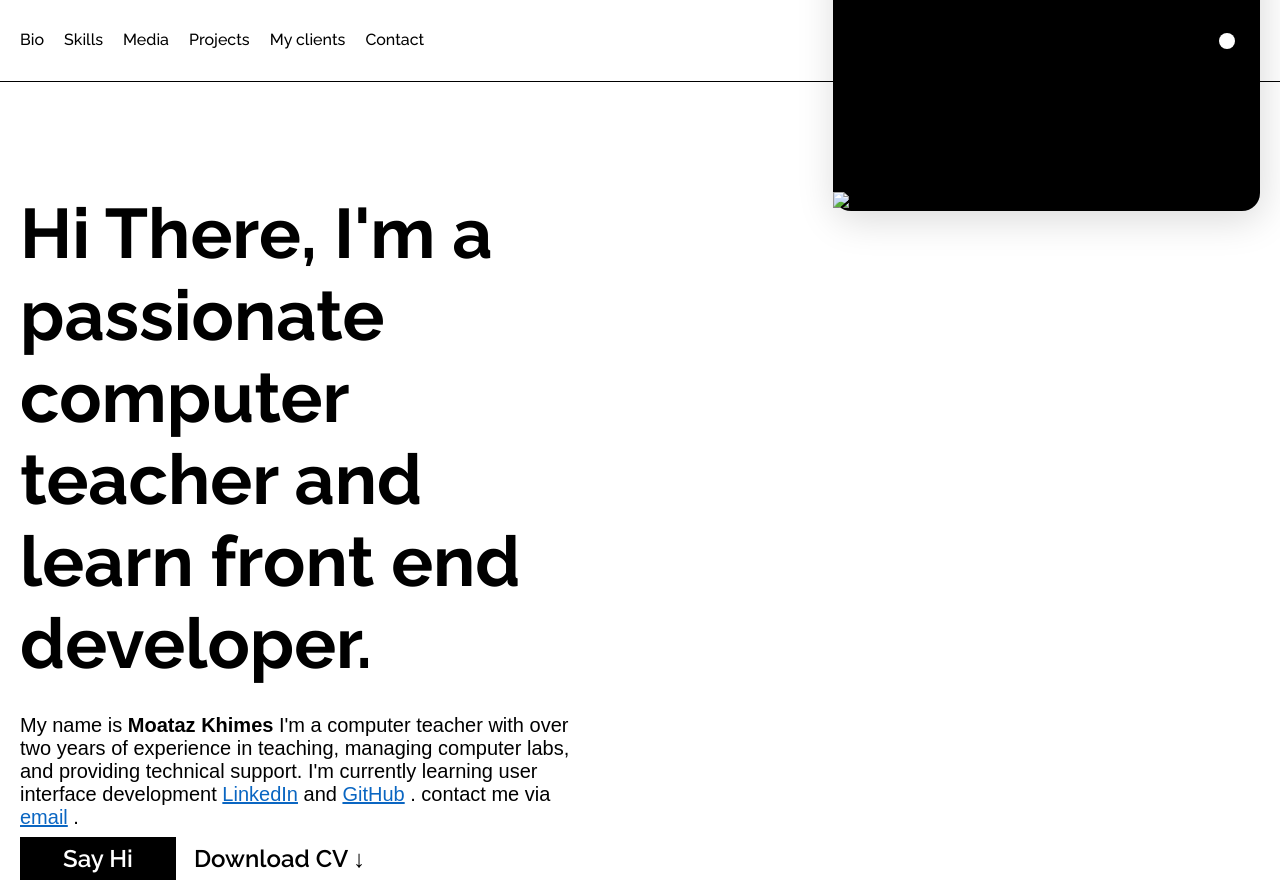
Repository: moataz305G/Personal-website
Page: index.html
The author's editor kept a copy of each file at every save. The page is drawn from the files as they stood at one save, then again after the next save.
The browser window is 1280 px wide. The pictures show the whole page.

Above is the page before, as saved 2025-12-14 08:53:45.
Not found: images/personal-pic (3).png

### index.html
<!DOCTYPE html>
<html lang="en">
  <head>
    <meta charset="UTF-8" />

    <meta name="viewport" content="width=device-width, initial-scale=1.0" />
    <link rel="preconnect" href="https://fonts.googleapis.com" />
    <link rel="preconnect" href="https://fonts.gstatic.com" crossorigin />
    <link
      href="https://fonts.googleapis.com/css2?family=Raleway:ital,wght@0,100..900;1,100..900&display=swap"
      rel="stylesheet"
    />

    <link rel="stylesheet" href="Style.css" />
    <title class="title">Moataz khimes</title>
  </head>
  <body>
    <div class="container">
      <header class="header">
        <nav class="navigation">
          <ul class="navigation__list">
            <li><a href="#" class="navigation__link">Bio</a></li>
            <li><a href="#" class="navigation__link">Skills</a></li>
            <li><a href="#" class="navigation__link">Media</a></li>
            <li><a href="#" class="navigation__link">Projects</a></li>
            <li><a href="#" class="navigation__link">My clients</a></li>
            <li><a href="#" class="navigation__link">Contact</a></li>
          </ul>
        </nav>

        <div class="toggle">
          <h3 class="toggle__title">Switch Theme</h3>
          <input
            type="checkbox"
            name="toggle checkbox"
            id="toggle"
            class="toggle__checkbox"
          />
          <label for="toggle" class="toggle__label"></label>
        </div>
      </header>

      <section id="bio" class="bio section">
        <div class="bio__content">
          <h1 class="bio__heading">
            Hi There, I'm a passionate computer teacher and learn front end
            developer.
          </h1>
          <p class="bio__objeactive">
            My name is <span class="bio__name">Moataz Khimes</span>
            I'm a computer teacher with over two years of experience in
            teaching, managing computer labs, and providing technical support.
            I'm currently learning user interface development
            <a
              href="https://www.linkedin.com/in/moataz-khimes-53586223b/"
              class="bio__linkedin"
              >LinkedIn</a
            >
            and
            <a href="https://github.com/moataz305G" class="bio__github"
              >GitHub</a
            >
            . contact me via
            <a href="mutazkhmes@gmail.com" class="bio__email">email</a>
            .
          </p>
          <a href="#" class="bio__links say-hi-link">Say Hi</a>
          <a href="#" class="bio__links find-out-link"
            >Download CV <span class="bio__arrow">↓</span></a
          >
        </div>
        <div class="bio__pic-content">
          <img
            class="bio__pic"
            src="images/personal-pic (3).png"
            alt="image of moataz khimes"
          />
        </div>
      </section>
    </div>
  </body>
</html>

### Style.css
:root {
  --container-width: 119rem;
  --gutter: 2rem;

  --color-black: #000;
  --color-white: #fff;
  --color-blue: #2374e1;
  --color-lite-blue: #1d9bf0;
  --color-dark-blue: #0a66c2;
  --color-darker-blue: #143ce8;
  --color-red: #ff0000;
  --color-green: #03a696;
  --color-gray: #f6f6f6;
  --color-dark-green: #42959b;

  --color-background: var(--color-white);
  --color-text: var(--color-black);
  --color-box-img: var(--color-black);
  --color-link-bg: var(--color-black);
  --color-input-border: var(--color-black);

  --font-family-raleway: "Raleway", sans-serif;
  --font-family-poppins: "Poppins", sans-serif;

  --font-weight-regular: 400;
  --font-weight-medium: 500;
  --font-weight-semi-bold: 600;
  --font-weight-bold: 700;

  --font-size-70: 7rem;
  --font-size-65: 6.5rem;
  --font-size-40: 4rem;
  --font-size-38: 3.8rem;
  --font-size-24: 2.4rem;
  --font-size-22: 2.2rem;
  --font-size-20: 2rem;
  --font-size-18: 1.8rem;
  --font-size-15: 1.5rem;

  --transition-timing: 0.3s;
}
/* CSS Reset */
* {
  margin: 0;
  padding: 0;
}

*,
*::after,
*::before {
  box-sizing: border-box;
}

a {
  color: inherit;
  display: inline-block;
}

button {
  background-color: transparent;
  border: none;
  cursor: pointer;
}

ul,
ol {
  list-style: none;
}
/* END CSS Reset */
html {
  font-size: 62.5%;
  scroll-behavior: smooth;
  scroll-padding-top: 11rem;
}

body {
  font-size: 1.6rem;
  font-family: var(--font-family-raleway);
  background-color: var(--color-background);
  color: var(--color-text);
}

.container {
  display: grid;
  row-gap: 11rem;
  max-width: calc(calc(var(--container-width)) +calc(var(--gutter) * 2));
  margin: 0 auto;
  padding-inline: var(--gutter);
}
header {
  position: relative;
  padding: 3rem 0;
  display: flex;
  justify-content: center;
  z-index: 0;
}
.header::before {
  content: "";
  position: absolute;
  height: 100%;
  width: 100vw;
  border-bottom: 0.1rem solid var(--color-black);
  top: 0;
  z-index: -1;
}

.navigation__list {
  display: flex;
  gap: 2rem;
}
.navigation__link:link,
.navigation__link:visited {
  text-decoration: none;
  font-weight: var(--font-weight-medium);
}
.navigation__link:hover,
.navigation__link:active {
  text-decoration: underline;
  color: var(--color-text);
}

/* Toggle */
.toggle {
  display: flex;
  gap: 1rem;
  margin-left: auto;
}
.toggle__title {
  font-weight: var(--font-weight-medium);
  font-size: var(--font-size-18);
}

.toggle__checkbox {
  display: none;
}

.toggle__label {
  display: block;
  position: relative;
  background-color: var(--color-black);
  border-radius: 1.5rem;
  width: 4.5rem;
  height: 2.2rem;
  cursor: pointer;
  padding: 0.3rem 0.4rem;
  transition: 0.3s;
}

.toggle__label::after {
  content: "";
  display: block;
  width: 1.6rem;
  height: 1.6rem;
  border-radius: 50%;
  background-color: var(--color-white);
  transition: 0.3s;
}

.toggle__checkbox:checked + .toggle__label {
  background-color: var(--color-white);
}
.toggle__checkbox:checked + .toggle__label::after {
  transform: translateX(2.1rem);
  background-color: var(--color-green);
}

/* End Toggle */

.section {
  display: grid;
  grid-template-columns: repeat(2, auto);
  align-items: start;
}

/* Bio */
.bio {
  grid-gap: 7.4rem;
  grid-template-columns: repeat(2, 1fr);
}

.bio__heading {
  font-size: var(--font-size-70);
  font-weight: var(--font-weight-bold);
}

.bio__objeactive {
  font-family: var(--font-family-poppins);
  font-weight: var(--font-weight-regular);
  font-size: var(--font-size-20);
  margin: 3rem 0 0.8rem;
}

.bio__name {
  font-weight: var(--font-weight-semi-bold);
}
.bio__linkedin,
.bio__github,
.bio__email {
  color: var(--color-dark-blue);
}

.bio__links {
  font-size: 2.4rem;
  font-weight: var(--font-weight-semi-bold);
  text-decoration: none;
}

.say-hi-link {
  background-color: var(--color-link-bg);
  color: var(--color-white);
  padding: 0.7rem 4.3rem;
}

.find-out-link {
  padding: 0.7rem 0;
  margin-inline-start: 1.4rem;
}

@keyframes jump {
  0% {
    transform: translatey(0.5rem);
  }
  35% {
    transform: translatey(-0.5rem);
  }
  70% {
    transform: translatey(0);
  }
  100% {
    transform: translatey(0);
  }
}

.bio__arrow {
  display: inline-block;
  animation: jump 1s infinite alternate ease-in-out;
}

.bio__pic-content {
  display: flex;
  position: relative;
  align-items: flex-end;
  justify-self: end;
}

.bio__pic-content::before {
  content: "";
  position: absolute;
  background-color: var(--color-box-img);
  width: 100%;
  height: 46rem;
  border-radius: 1.8rem;
  z-index: -1;
  box-shadow: 2.17543px 8.7017px 38.0669px rgba(0, 0, 0, 0.15);
}
.bio__pic {
  width: 42.7rem;
}

After the next save:
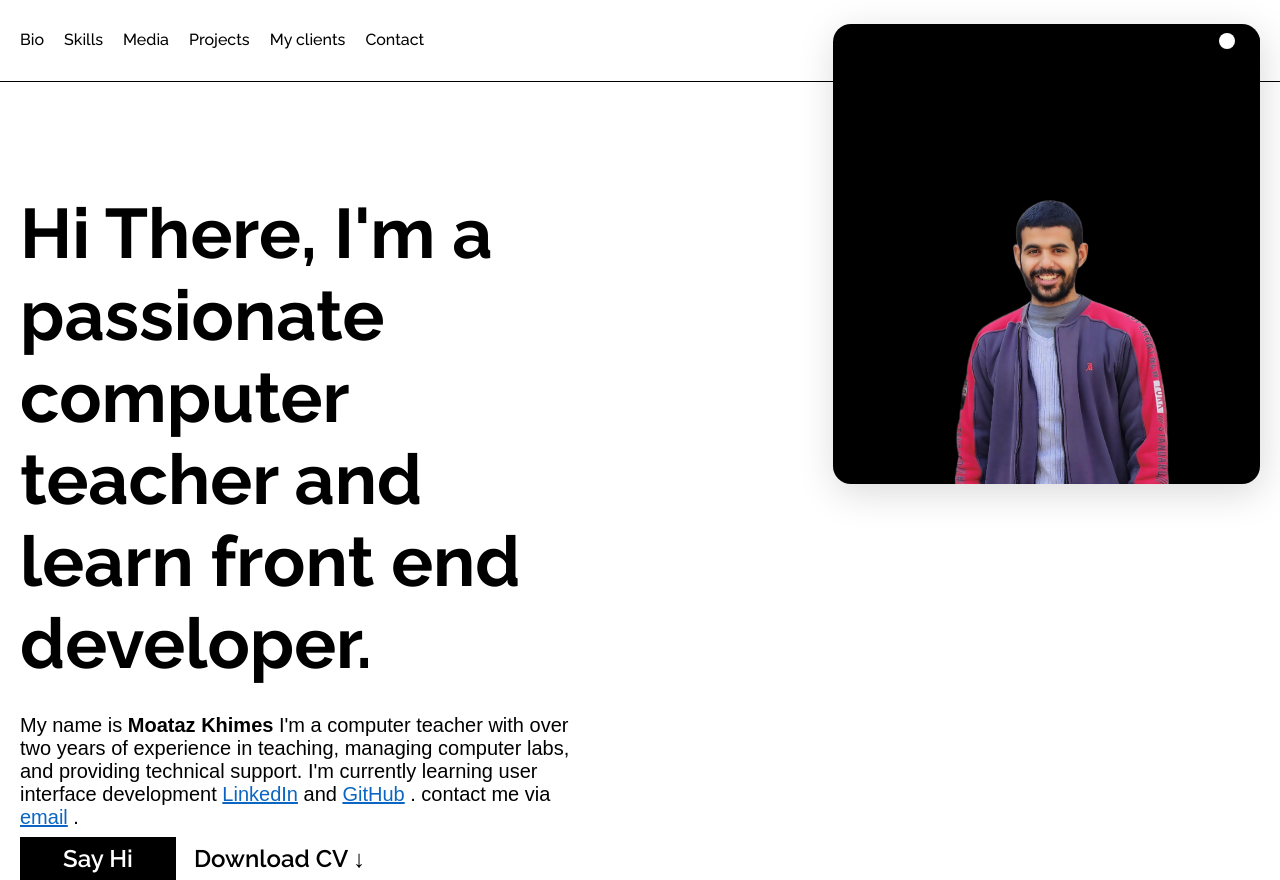
Saved 4 min 19 s later.
--- a/index.html
+++ b/index.html
@@ -72,7 +72,7 @@
         <div class="bio__pic-content">
           <img
             class="bio__pic"
-            src="images/personal-pic (3).png"
+            src="images/personal-pic.png"
             alt="image of moataz khimes"
           />
         </div>
